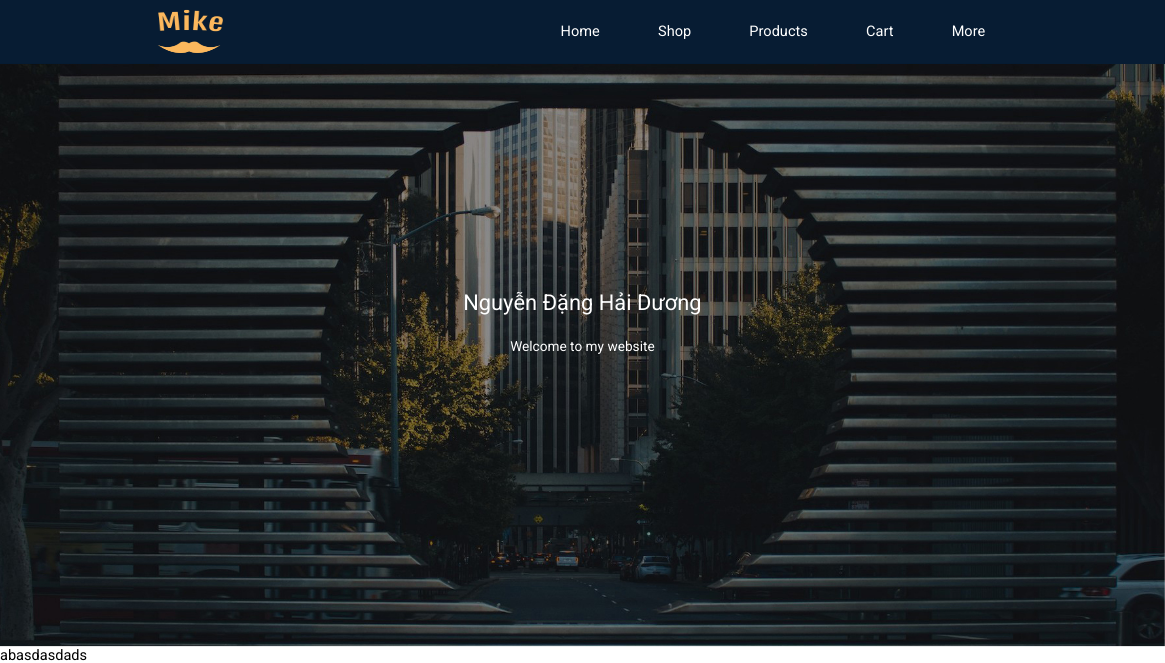
Repository: haiduong7499/Personal-Profile
Page: index.html
An editor plug-in stored every save of this project. The page is shown before and after the next save, followed by the edit.
The browser window is 1280 px wide. The pictures show the whole page, at 91% of full size.

Above is the page before, as saved 2021-02-28 14:07:14.

### index.html
<!DOCTYPE html>
<html lang="en">
<head>
    <meta charset="UTF-8">
    <meta http-equiv="X-UA-Compatible" content="IE=edge">
    <meta name="viewport" content="width=device-width, initial-scale=1.0">
    <link rel="stylesheet" href="style/style.css">
    <link rel="stylesheet" href="style/base.css">
    <link rel="preconnect" href="https://fonts.gstatic.com">
    <link rel="preconnect" href="https://fonts.gstatic.com">
<link href="https://fonts.googleapis.com/css2?family=Roboto:wght@400;700&display=swap" rel="stylesheet">
    <title>Project</title>
</head>
<body>
    <div id="header">
        <img src="./asset/5c0eefeb-053e-4086-8d42-7e5a35580c82_200x200.png" alt="">
            <ul id="navbar">

                <li><a href="#">Home</a></li>
                <li><a href="#">Shop</a></li>
                <li><a href="#">Products</a></li>
                <li><a href="#">Cart</a></li>
                <li><a href="#">More</a></li>
            </ul>
    </div>

    <div id="banner">
        <div class="content-container">
            <h2 class="content-heading">Nguyễn Đặng Hải Dương</h2>
            <p class="content-text">Welcome to my website</p>
        </div>
    </div>



    <div id="shop-content">
        <p>abasdasdads</p>
    </div>

</body>
</html>

### style/style.css
*{
    padding: 0;
    margin: 0;
    box-sizing: border-box;
}
html{
    font-family: 'Roboto', sans-serif;
}

#header {
    display:flex;
    justify-content: space-around;
    height:70px;
    background:#071C33;
    position: fixed;
    top: 0;
    left: 0;
    right: 0;
    z-index: 1;
}
#header img{
    margin: 8px 0;
    width: 84px;
    height: 53px;
}

#navbar li {
    list-style: none;
    line-height: 70px;
    display:inline-block;
}

#navbar li a{
    display: inline-block;
    padding: 0 30px;
    line-height: 70px;
    text-decoration: none;
    color: #fff;
}
#navbar li:hover a{
    color: #fcb85d;
}

#banner{
    position: relative;
    margin-top: 70px;
    padding-top:50%;
    background: url(../asset/home-parallax.jpg) top / cover no-repeat;
}
#banner .content-container{
    position: absolute;
    bottom: 50%;
    width: 100%;
    text-align: center;
    color: #fff;
}
#banner .content-heading{
    margin-bottom: 25px;
    font-weight: 500;
    font-size: 24px;
}

#banner .content-text{
    font-size: 15px;
}

#shop {
    width:100%;
    height:400px;
    background: #071C33;
}

Loaded but not shown: style/base.css (no stored copy; drawn as an empty file)

After the next save:
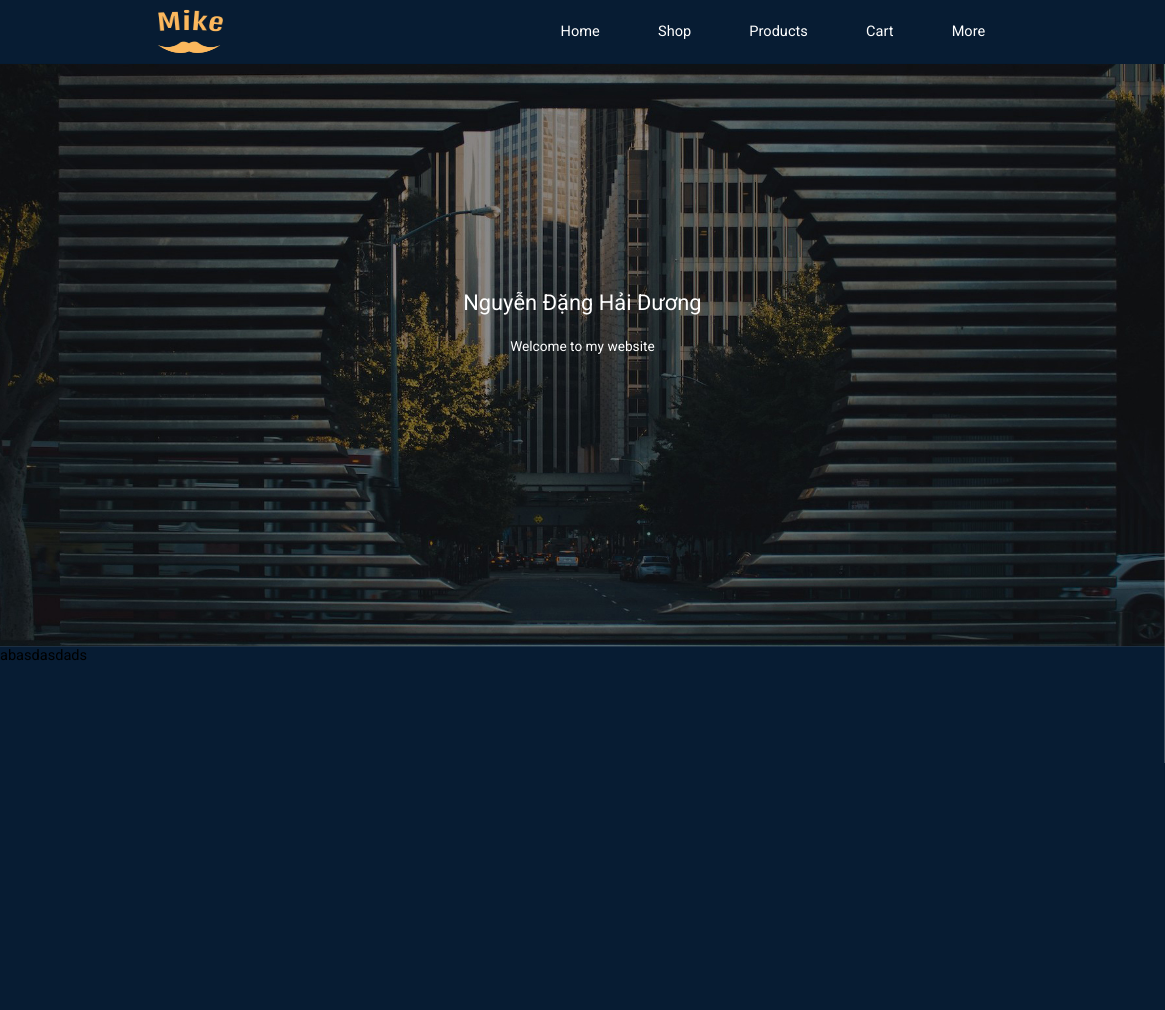
Saved 47 s later.
--- a/style/style.css
+++ b/style/style.css
@@ -64,7 +64,7 @@
     font-size: 15px;
 }
 
-#shop {
+#shop-content {
     width:100%;
     height:400px;
     background: #071C33;

After the save that followed:
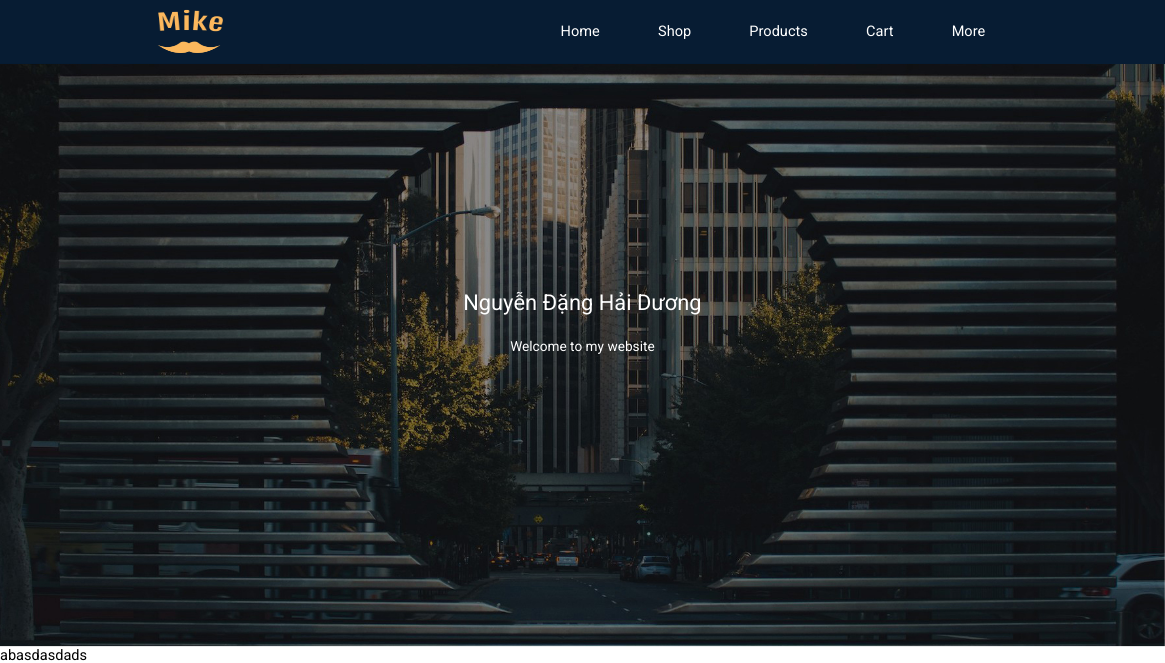
Saved 31 s later.
--- a/index.html
+++ b/index.html
@@ -33,7 +33,7 @@
 
 
 
-    <div id="shop-content">
+    <div id="shop">
         <p>abasdasdads</p>
     </div>
 
